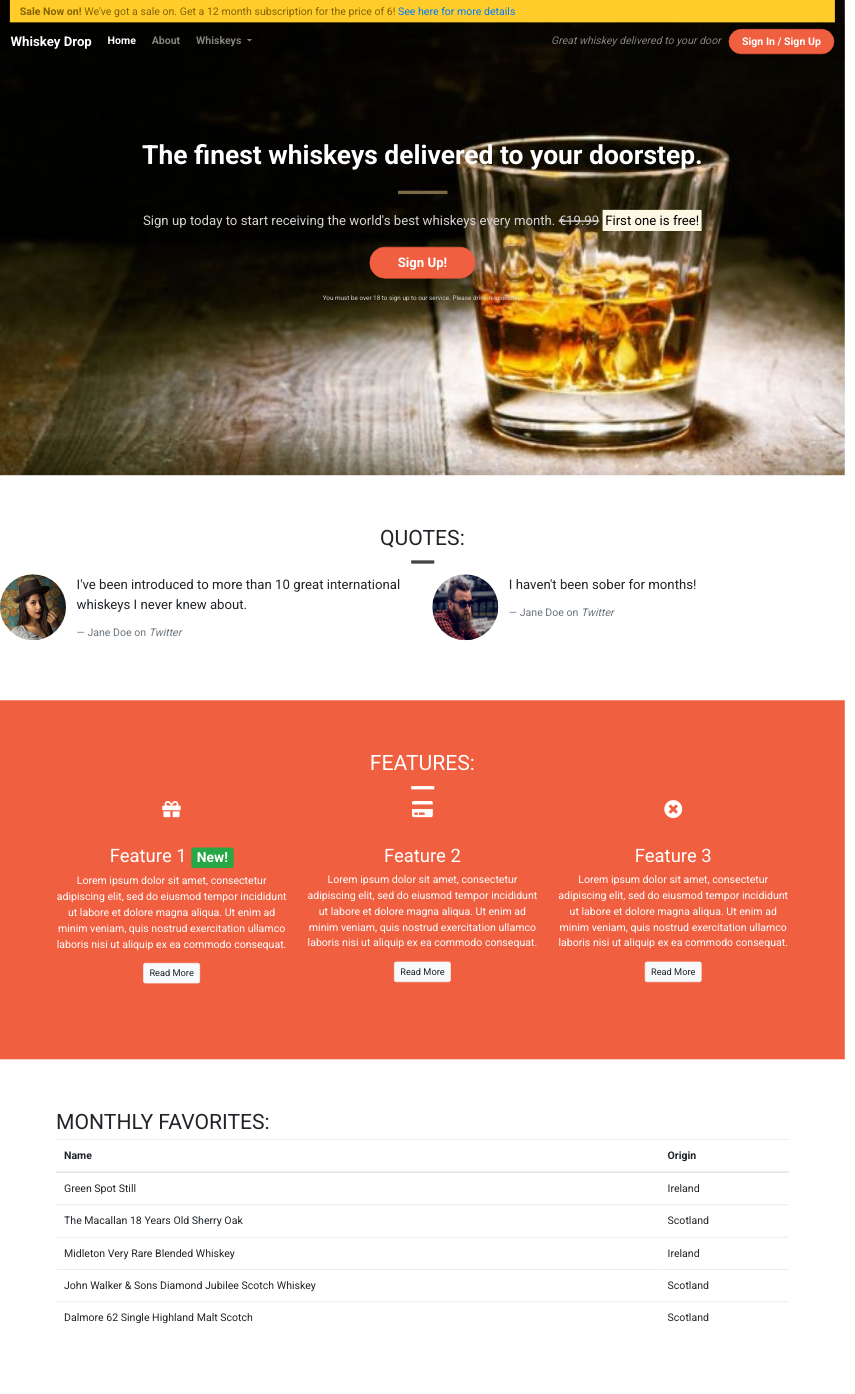
Repository: grisselfaura/BootstrappingYourNextBigIdea-BS4
Page: index.html
The author's editor kept a record of every edit. The page is drawn from the files as they stood at one moment, then again after the next edit.
The browser window is 1280 px wide. The page is 1295 px wide, then 1280 px, so the pictures cover 1295 px, including what lies to the right of the window. The pictures show the whole page, at 66% of full size.
Backgrounds fixed to the window are drawn as part of the page. Some web libraries are served in a nearby version.

Above is the page before.

### index.html
<!DOCTYPE html>
<html lang="en-us">

<head>
    <meta charset="utf-8">
    <meta name="viewport" content="width=device-width, initial-scale=1.0">
    <title>Whiskey Drop | Taste a new whiskey every month</title>
    <link rel="stylesheet" href="https://maxcdn.bootstrapcdn.com/bootstrap/4.1.3/css/bootstrap.min.css">
    <link rel="stylesheet" href="https://use.fontawesome.com/releases/v5.6.1/css/all.css" integrity="sha384-gfdkjb5BdAXd+lj+gudLWI+BXq4IuLW5IT+brZEZsLFm++aCMlF1V92rMkPaX4PP" crossorigin="anonymous">
    <link href="https://fonts.googleapis.com/css?family=Roboto:400,700&display=swap" rel="stylesheet">
    <link rel="stylesheet" href="css/style.css" type="text/css" />
</head>

<body>
    <div class="container-fluid navalert-container">
        <div class="container-fluid alert-container">
            <div class="row d-none d-sm-block">
                <div class="col-12">
                    <div class="site-wide-alert alert-warning">
                        <strong>Sale Now on!</strong> We've got a sale on. Get a 12 month subscription for the price of 6! <a href="">See here for more details</a>
                    </div>
                </div>
            </div>
        </div>
        <nav class="navbar navbar-dark navbar-expand-sm">
            <a href="/" class="navbar-brand">Whiskey Drop</a>

            <button class="navbar-toggler ml-auto" type="button" data-toggle="collapse" data-target="#navbarNavDropdown" aria-controls="navbarNavDropdown" aria-expanded="false" aria-label="Toggle navigation">
            <span class="navbar-toggler-icon"></span></button>

            <div class="collapse navbar-collapse" id="navbarNavDropdown">
                <ul class="navbar-nav mr-auto">
                    <li class="active nav-item mr-2"><a class="nav-link" href="/">Home</a></li>
                    <li class="nav-item mr-2"><a class="nav-link" href="">About</a></li>
                    <li class="nav-item dropdown">
                        <a class="nav-link dropdown-toggle" href="#" id="navbarDropdownMenuLink" role="button" data-toggle="dropdown" aria-haspopup="true" aria-expanded="false">
                  Whiskeys
            </a>
                        <div class="dropdown-menu" aria-labelledby="navbarDropdownMenuLink">
                            <a class="dropdown-item" href="#">Irish</a>
                            <a class="dropdown-item" href="#">Scotch</a>
                            <a class="dropdown-item" href="#">Japanese</a>
                            <a class="dropdown-item" href="#">American</a>
                        </div>
                    </li>

                    <li class="nav-item mr-2 d-block d-sm-none"><a class="nav-link" href="">Sign In / Sign Up</a></li>
                </ul>
            </div>
            <div class="d-none d-md-block">
                <p class="navbar-text my-auto mr-2"><i>Great whiskey delivered to your door</i></p>
                <a href="/login" class="btn btn--cta btn--red">Sign In / Sign Up</a>
            </div>
            <!--</div>-->
        </nav>
    </div>
    <!-- Callout -->
    <div class="container-fluid callout-container">
        <div class="opaque-overlay">&nbsp;</div>
        <div class="row">
            <div class="col-12">
                <section class="callout jumbotron text-center">
                    <h1 class="jumbotron-header">The finest whiskeys delivered to your doorstep.</h1>
                    <hr class="block-divider block-divider--orange">

                    <p class="lead">Sign up today to start receiving the world's best whiskeys every month.
                        <s class="d-none d-sm-inline">€19.99</s>
                        <span class="d-inline d-sm-none"><br></span>
                        <strong><mark>First one is free!</mark></strong></p>
                    <p><button class="btn btn-lg btn--cta btn--red" data-toggle="modal" data-target="#signUpModal">Sign Up!</button></p>
                    <p class="text-muted"><small>You must be over 18 to sign up to our service. Please drink responsibly.</small></p>
                </section>
            </div>
        </div>
    </div>
    <!-- /.callout -->

    <!-- Quotes -->
    <div class="container-wrapper">
        <div class="cointainer quotes-container content-container">
            <section class="quotes">
                <div class="row">
                    <div class="col-12 page-header">
                        <h2 class="text-uppercase">Quotes:</h2>
                        <hr class="block-divider block-divider--short">
                    </div>
                </div>
                <div class="row">
                    <div class="col-12 col-md-6">
                        <div class="media">
                            <div class="d-none d-sm-block">
                                <img src="images/girl-image.png" class="rounded-circle mr-3" height=100 width=100>
                            </div>
                            <div class="media-body">
                                <blockquote class="blockquote">
                                    <p>I've been introduced to more than 10 great international whiskeys I never knew about.</p>
                                    <footer class="blockquote-footer">Jane Doe on <cite title="Twitter">Twitter</cite></footer>
                                </blockquote>
                            </div>
                        </div>
                    </div>
                    <div class="col-12 col-md-6">
                        <div class="media">
                            <div class="d-none d-sm-block">
                                <img src="images/guy-image.png" class="rounded-circle mr-3" height=100 width=100>
                            </div>
                            <div class="media-body">
                                <blockquote class="blockquote">
                                    <p>I haven't been sober for months!</p>
                                    <footer class="blockquote-footer">Jane Doe on <cite title="Twitter">Twitter</cite></footer>
                                </blockquote>
                            </div>
                        </div>
                    </div>
                </div>
            </section>
            <!-- /.quotes -->
        </div>
    </div>
    <!-- Features -->
    <div class="container-wrapper container-wrapper--red">
        <div class="container features-container content-container">
            <section class="features">
                <div class="row">
                    <div class="col-12 page-header">
                        <h2 class="text-uppercase">Features:</h2>
                        <hr class="block-divider block-divider--short block-divider--white">
                    </div>
                </div>
                <div class="row">
                    <div class="col-12 col-md-6 col-lg-4">
                        <div class="feature">
                            <h3><i class="fas fa-gift d-none d-sm-block"></i> Feature 1 <span class="badge badge-success">New!</span></h3>
                            <p>Lorem ipsum dolor sit amet, consectetur adipiscing elit, sed do eiusmod tempor incididunt ut labore et dolore magna aliqua. Ut enim ad minim veniam, quis nostrud exercitation ullamco laboris nisi ut aliquip ex ea commodo consequat.</p>
                            <p><a class="btn btn-sm btn-light" href="">Read More</a></p>
                        </div>
                    </div>
                    <div class="col-12 col-md-6 col-lg-4">
                        <div class="feature">
                            <h3><i class="fas fa-credit-card d-none d-sm-block"></i> Feature 2</h3>
                            <p>Lorem ipsum dolor sit amet, consectetur adipiscing elit, sed do eiusmod tempor incididunt ut labore et dolore magna aliqua. Ut enim ad minim veniam, quis nostrud exercitation ullamco laboris nisi ut aliquip ex ea commodo consequat.</p>
                            <p><a class="btn btn-sm btn-light" href="">Read More</a></p>
                        </div>
                    </div>
                    <div class="col-12 d-md-none d-lg-block col-lg-4">
                        <div class="feature">
                            <h3><i class="fas fa-times-circle d-none d-sm-block"></i> Feature 3</h3>
                            <p>Lorem ipsum dolor sit amet, consectetur adipiscing elit, sed do eiusmod tempor incididunt ut labore et dolore magna aliqua. Ut enim ad minim veniam, quis nostrud exercitation ullamco laboris nisi ut aliquip ex ea commodo consequat.</p>
                            <p><a class="btn btn-sm btn-light" href="">Read More</a></p>
                        </div>
                    </div>
                </div>
            </section>
            <!-- /.features -->
        </div>
    </div>

 <!-- Monthly favorites -->
    <div class="container-wrapper">
        <div class="container quotes-container content-container">
            <section class="Monthly favorites">
                <h2 class="text-uppercase">Monthly favorites:</h2>
                <table class="table">
                    <thead>
                        <tr>
                            <th scope="col">Name</th>
                            <th scope="col">Origin</th>
                        </tr>
                    </thead>
                    <tbody>
                        <tr>
                            <td>Green Spot Still</td>
                            <td>Ireland</td>
                        </tr>
                        <tr>
                            <td>The Macallan 18 Years Old Sherry Oak</td>
                            <td>Scotland</td>
                        </tr>
                        <tr>
                            <td>Midleton Very Rare Blended Whiskey</td>
                            <td>Ireland</td>
                        </tr>
                        <tr>
                            <td>John Walker & Sons Diamond Jubilee Scotch Whiskey</td>
                            <td>Scotland</td>
                        </tr>
                        <tr>
                            <td>Dalmore 62 Single Highland Malt Scotch</td>
                            <td>Scotland</td>
                        </tr>
                    </tbody>
                </table>
            </section>
        </div>
    </div>

    <div class="modal" tabindex="-1" role="dialog" id="signUpModal">
        <div class="modal-dialog" role="document">
            <div class="modal-content">
                <div class="modal-header">
                    <h5 class="modal-title">Sign Up To Whiskey Drop!</h5>
                    <button type="button" class="close" data-dismiss="modal" aria-label="Close">
          <span aria-hidden="true">&times;</span>
        </button>
                </div>
                <div class="modal-body">
                    <form>
                        <div class="form-group">
                            <label for="exampleInputEmail1">Email address</label>
                            <input type="email" class="form-control" id="exampleInputEmail1" aria-describedby="emailHelp" placeholder="Enter email">
                            <small id="emailHelp" class="form-text text-muted">We'll never share your email with anyone else.</small>
                        </div>
                        <div class="form-group">
                            <label for="password">Password</label>
                            <input type="password" class="form-control" id="password" placeholder="Password">
                        </div>
                        <div class="form-group">
                            <label for="repeatPassword">Repeat Password</label>
                            <input type="password" class="form-control" id="repeatPassword" placeholder="Repeat Password">
                        </div>
                        <button type="submit" class="btn btn-success">Submit</button>
                    </form>
                </div>
            </div>
        </div>
    </div>

    <script src="https://code.jquery.com/jquery-3.3.1.slim.min.js" integrity="sha384-q8i/X+965DzO0rT7abK41JStQIAqVgRVzpbzo5smXKp4YfRvH+8abtTE1Pi6jizo" crossorigin="anonymous"></script>
    <script src="https://cdnjs.cloudflare.com/ajax/libs/popper.js/1.14.3/umd/popper.min.js" integrity="sha384-ZMP7rVo3mIykV+2+9J3UJ46jBk0WLaUAdn689aCwoqbBJiSnjAK/l8WvCWPIPm49" crossorigin="anonymous"></script>
    <script src="https://stackpath.bootstrapcdn.com/bootstrap/4.1.3/js/bootstrap.min.js" integrity="sha384-ChfqqxuZUCnJSK3+MXmPNIyE6ZbWh2IMqE241rYiqJxyMiZ6OW/JmZQ5stwEULTy" crossorigin="anonymous"></script>
</body>

</html>

### css/style.css
body {
    font-family: 'Roboto', sans-serif;
}

.container-wrapper {}

.container-wrapper--red {
    background-color: #f05f40;
    color: white;
}

.alert-container .col-12{
    padding-left: 0
    padding-right:0;
}

.site-wide-alert {
    border-radius: 0;
    margin-bottom: 0;
    padding: 5px 15px;
    background-color: #ffcc29;
    border-color: #ffcc29;
}

.callout-container {
    height:100vh;
    background: url("../images/Whiskey-background.jpg") no-repeat bottom right fixed;
      -webkit-background-size: cover;
      -moz-background-size: cover;
      -o-background-size: cover;
      background-size: cover;
      display: flex;
      align-items: center;
      justify-content: center;
      position: relative;
}

.opaque-overlay {
    position: absolute;
    top: 0;
    left: 0;
    height: 100%;
    width: 100%
    background-color: rgba(0,0,0,0.5);
}
.quotes-container {}

.features-container {}

/*Page headers*/

.page-header {
    margin bottom: 0;
    border bottom: 0;
    text-align: center;
}

.page-header h2 {
    margin top: 0;
}

/*Block-dividers*/

.block-divider {
    width: 75px;
    height: 5px;
    border: 0;
    background-color: #444;
}

.block-divider--orange {
    background-color: #7c6945;
}

.block-divider--white {
    background-color: white
}

.block-divider--short {
    width: 35px;
}

/*Content containers*/

.content-container {
    padding-top: 75px;
    padding-bottom: 75px;
}

/*Navbar*/

.navalert-container {
    position: absolute;
    top: 0;
    left: 0;
    padding-left: 0;
    padding-right: 0;
    z-index: 1;
}

.navbar {
    margin-bottom: 0;
    border: 0;
    width: 100%;
    background-color: rgba(0,0,0,0.25);
}

.navbar .navbar-toggler {
    border:0;
}

.navbar-brand {
    font-weight: bold;
}

.navbar .navbar-nav a {
    font-weight: bold;
}
/*Jumbotron*/
.jumbotron {
    background-color: transparent;
}

.jumbotron-header {
    color: white;
    font-weight: bold;
    margin-bottom: 30px;
}

.jumbotron .lead {
    margin: 25px;
    color: #d7d3d3;
}

.jumbotron small {
    font-size: 60%;
    font-size: italic;
    color: #d0d0d0;
}

/*Buttons*/
.btn--cta {
    font-weight: bold;
    border-radius: 23px;
    width: 160px;
}

.btn--red {
    color: white;
    background-color: #f05f40;
    border-color:#f05f40;
}

.btn-red:hover,
.btn--red:active,
.btn--red:focus,
.btn--red:active:hover {
    background-color: #c38f84;
    border-color: #c38f84;
}

.feature {
    text-align: center;
    margin-bottom : 40px;
}

.feature i {
    text-align: center;
    margin-bottom : 40px;
}

After the next edit:
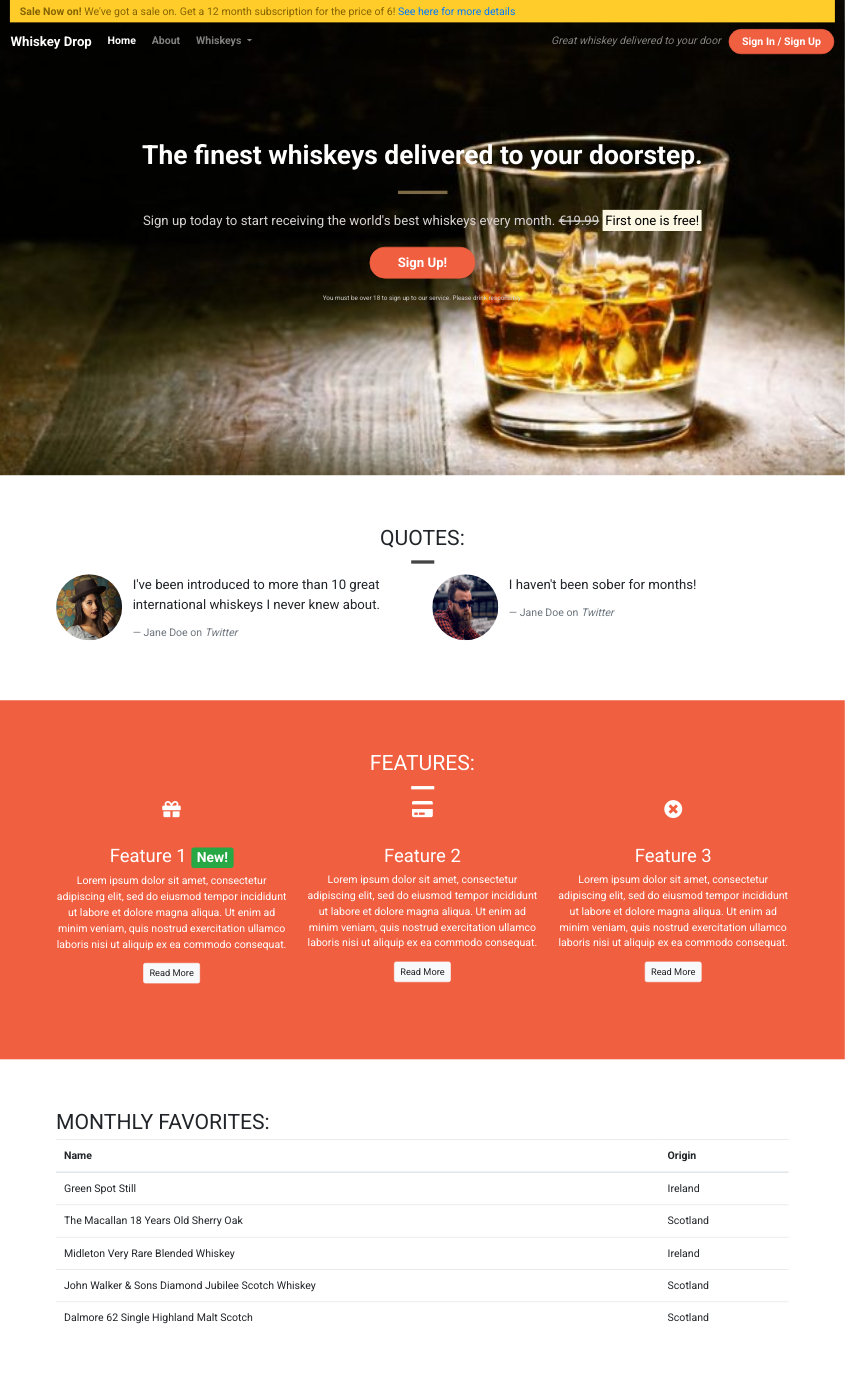
The edit:
--- a/index.html
+++ b/index.html
@@ -77,7 +77,7 @@
 
     <!-- Quotes -->
     <div class="container-wrapper">
-        <div class="cointainer quotes-container content-container">
+        <div class="container quotes-container content-container">
             <section class="quotes">
                 <div class="row">
                     <div class="col-12 page-header">
